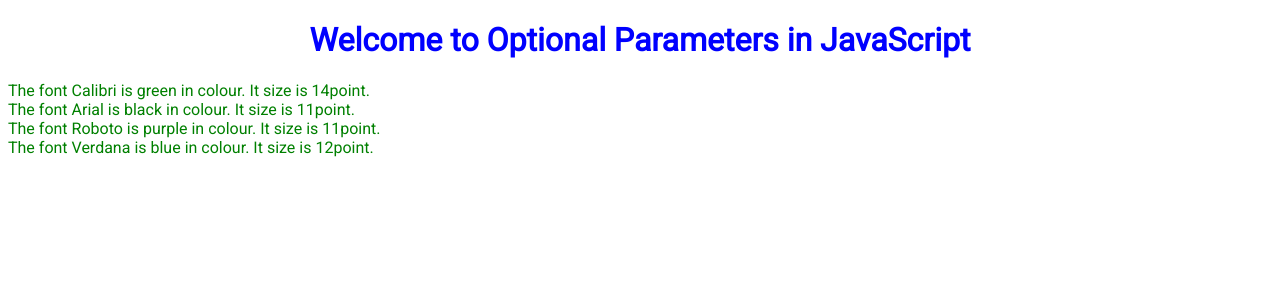
Repository: derektypist/optional-params-js
Page: index.html
The author's editor kept a record of every edit. The page is drawn from the files as they stood at one moment, then again after the next edit.
The browser window is 1280 px wide. The pictures show the whole page.

Above is the page before.

### index.html
<!DOCTYPE html>
<html lang="en">

<head>
    <meta charset="UTF-8">
    <meta name="viewport" content="width=device-width, initial-scale=1.0">
    <meta http-equiv="X-UA-Compatible" content="ie=edge">
    <title>Optional Parameters in JavaScript</title>
    <!-- Load Style Sheets -->
    <link href="https://fonts.googleapis.com/css?family=Roboto&display=swap" rel="stylesheet">
    <link href="style.css" rel="stylesheet">
</head>

<body>
    <!-- Display Heading -->
    <h1>Welcome to Optional Parameters in JavaScript</h1>
    <!-- Display Paragraph -->
    <p id="demo"></p>
    <!-- Load Script -->
    <script src="js/main.js"></script>
</body>

</html>

### style.css
/* Body */

body {
    font-family: "Roboto", Arial, Verdana, sans-serif;
}

/* Heading */

h1 {
    color: blue;
    text-align: center;
}

/* Paragraph */

p {
    color: green;
}

### js/main.js
// Define Function

function getFontInfo(name, colour="black", size=11)
{
    return "The font " + name + " is " + colour + " in colour.  It size is " + size + "point.";
}

// Define Variables
let txt = "";

// Increment txt
txt += getFontInfo("Calibri", "green", 14) + "<br>";
txt += getFontInfo("Arial") + "<br>";
txt += getFontInfo("Roboto", "purple") + "<br>";
txt += getFontInfo("Verdana", "blue", 12) + "<br>";

// Display txt in the browser window
document.getElementById("demo").innerHTML = txt;

After the next edit:
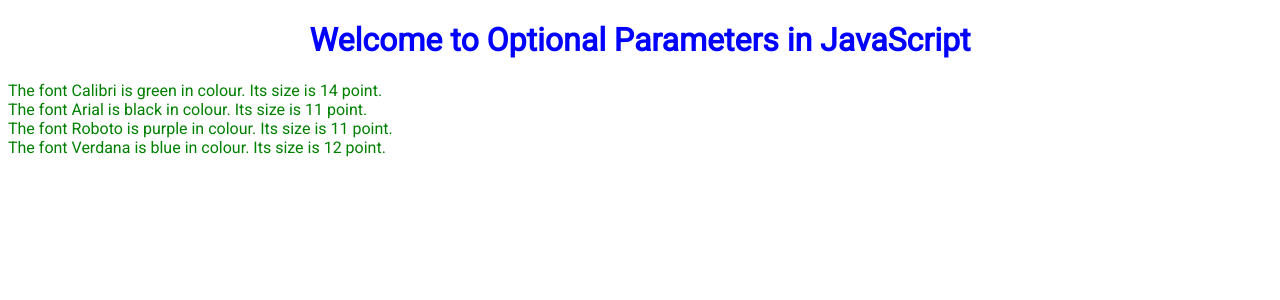
The edit:
--- a/js/main.js
+++ b/js/main.js
@@ -2,7 +2,7 @@
 
 function getFontInfo(name, colour="black", size=11)
 {
-    return "The font " + name + " is " + colour + " in colour.  It size is " + size + "point.";
+    return "The font " + name + " is " + colour + " in colour.  Its size is " + size + " point.";
 }
 
 // Define Variables
